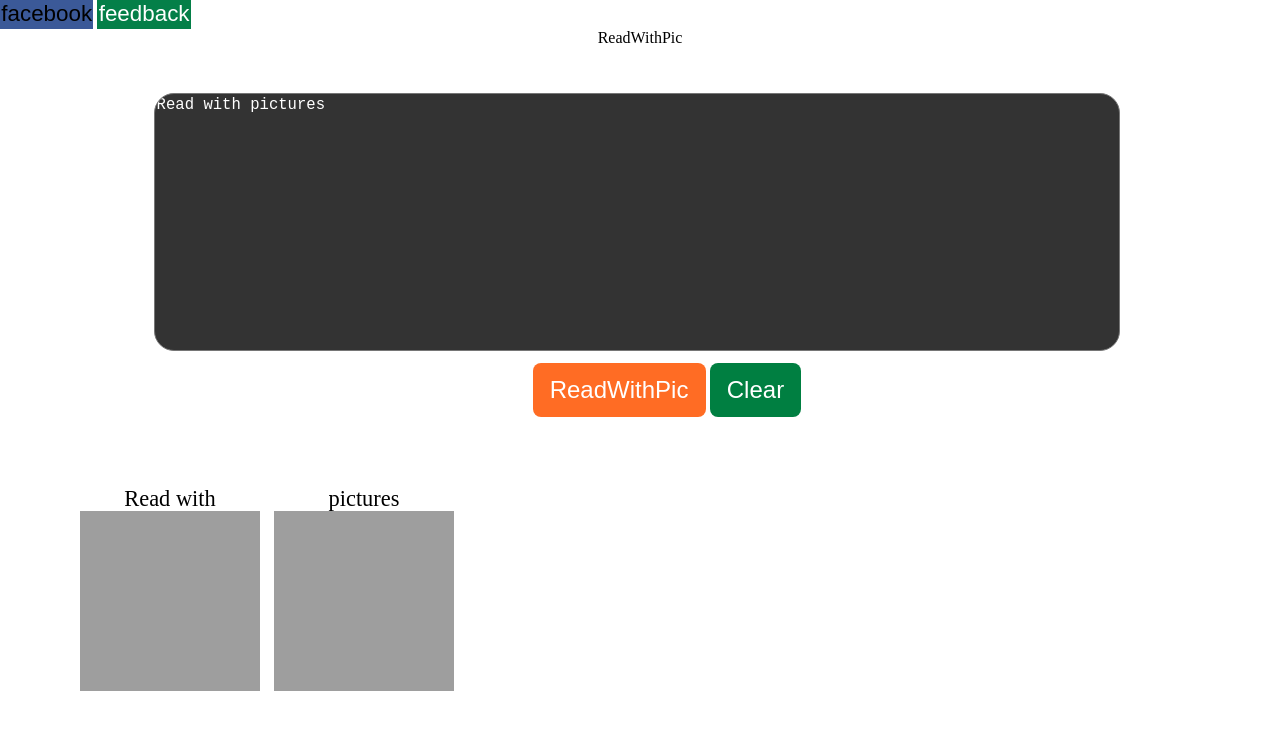
Repository: readwithpic/readwithpic.github.io
Page: index.html
The author's editor kept a record of every edit. The page is drawn from the files as they stood at one moment, then again after the next edit.
The browser window is 1280 px wide. The pictures show the whole page.
Pictures or frames that could not be fetched are drawn as grey boxes. Some web libraries are served in a nearby version.

Above is the page before.
Console error: TypeError: Cannot read properties of undefined (reading 'length')

After the next edit:
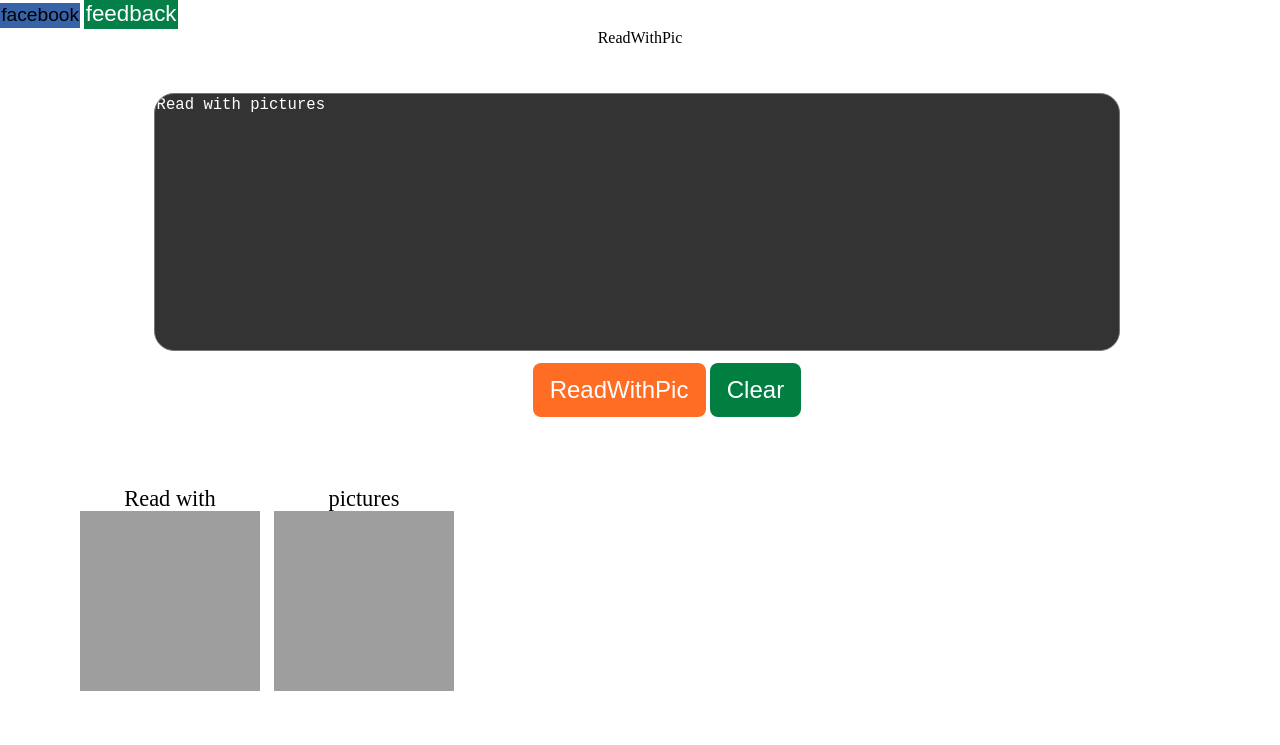
The edit:
--- a/style.css
+++ b/style.css
@@ -10,7 +10,7 @@
    text-align:center;
    background-color: #3763A8;
    color: white;
-   font-size: 1.4em;
+   font-size: 1.2em;
    text-decoration: none;
    padding: 0.1% 0.1% ;
    border: none;
